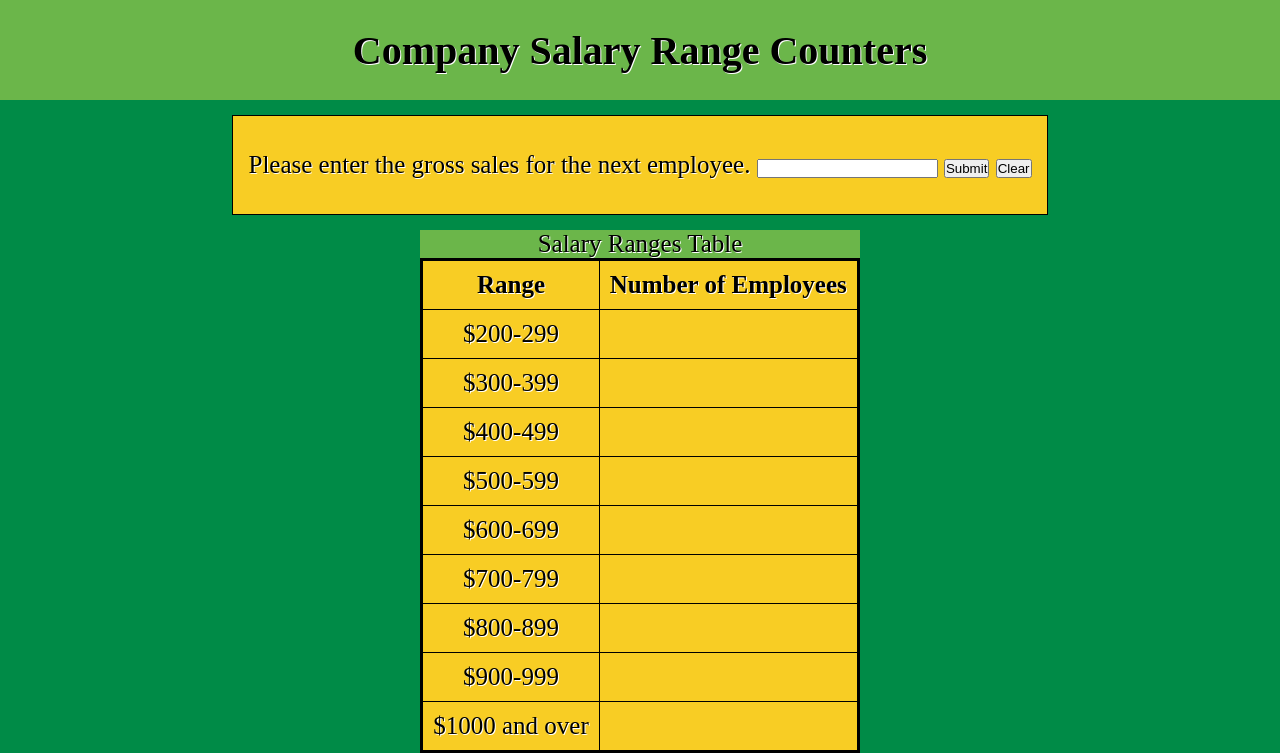
Repository: mlmEFSC21/P17-Sales-Commision
Page: sales.html
These files come from the project's save history. The page is drawn as it stood at one moment and after the next save; the edit follows.
The browser window is 1280 px wide. The pictures show the whole page.

Above is the page before, as saved 2022-04-02 08:40:28.

### sales.html
<!DOCTYPE html>
<html lang="en">
    <head>
        <meta charset="UTF-8" />
        <meta http-equiv="X-UA-Compatible" content="IE=edge" />
        <meta name="viewport" content="width=device-width, initial-scale=1.0" />
        <link rel="stylesheet" href="sales.css" />
        <script defer src="sales.js"></script>
        <title>Company Salary Range Counters</title>
    </head>
    <body>
        <header class="mainHeader">
            <h1>Company Salary Range Counters</h1>
        </header>
        <section class="mainContent">
            <div class="formContainer" id="formContainer">
                <form class="salaryForm" id="salaryForm">
                    <label for="grossSales"
                        >Please enter the gross sales for the next employee.</label
                    >
                    <input type="text" name="grossSales" class="salesInp" id="salesInp" required />
                    <button type="submit" class="submit-btn" id="submit-btn">Submit</button>
                    <button type="reset" class="clear-btn" id="clear-btn">Clear</button>
                </form>
            </div>
            <div class="tableContainer" id="tableContainer">
                <table>
                    <caption>
                        Salary Ranges Table
                    </caption>
                    <thead>
                        <tr>
                            <th>Range</th>
                            <th>Number of Employees</th>
                        </tr>
                    </thead>
                    <tbody>
                        <tr>
                            <td>$200-299</td>
                            <td class="ranges" id="ranges"></td>
                        </tr>
                        <tr>
                            <td>$300-399</td>
                            <td class="ranges" id="ranges"></td>
                        </tr>
                        <tr>
                            <td>$400-499</td>
                            <td class="ranges" id="ranges"></td>
                        </tr>
                        <tr>
                            <td>$500-599</td>
                            <td class="ranges" id="ranges"></td>
                        </tr>
                        <tr>
                            <td>$600-699</td>
                            <td class="ranges" id="ranges"></td>
                        </tr>
                        <tr>
                            <td>$700-799</td>
                            <td class="ranges" id="ranges"></td>
                        </tr>
                        <tr>
                            <td>$800-899</td>
                            <td class="ranges" id="ranges"></td>
                        </tr>
                        <tr>
                            <td>$900-999</td>
                            <td class="ranges" id="ranges"></td>
                        </tr>
                        <tr>
                            <td>$1000 and over</td>
                            <td class="ranges" id="ranges"></td>
                        </tr>
                    </tbody>
                    <tfoot></tfoot>
                </table>
            </div>
        </section>
    </body>
</html>

### sales.css
:root {
    --clr-background: #008b47;
    --clr-primary: #f8cd24;
    --clr-secondary: #6bb64a;
}
*,
*::after,
*::before {
    box-sizing: border-box;
    margin: 0;
    padding: 0;
}
body {
    background-color: var(--clr-background);
    font-size: 20px;
    text-shadow: 1px 1px #fff;
}
.mainHeader {
    display: flex;
    align-items: center;
    justify-content: center;
    height: 100px;
    background-color: var(--clr-secondary);
}

.mainContent {
    display: flex;
    flex-direction: column;
}
.formContainer {
    display: flex;
    height: 100px;
    font-size: 1.25em;
    align-self: center;
    justify-self: center;
    align-items: center;
    justify-content: center;
    border: 1px ridge black;
    margin: 15px;
    padding: 15px;
    background-color: var(--clr-primary);
}
.tableContainer {
    justify-self: center;
    align-self: center;
}
table {
    border-collapse: collapse;
    border: 3px solid black;
    font-size: 1.25em;
    background-color: var(--clr-primary);
}
th,
tr,
td {
    border: 1px solid black;
    margin: 10px;
    padding: 10px;
    text-align: center;
}
caption {
    background-color: var(--clr-secondary);
}

### sales.js
//  base salary = $200 + commission
// commission = gross sales * 9%
// range floor / 100 - 2 = index 0 - 8
// test: x1 = Math.floor(218 / 100) - 2;
// works for all ranges below the last. Just check for >1000 first.
const baseSalary = 200;
let commissionAmount = 0;
let totalSalary = 0;
let employeeNum = 0;
let salaryRanges = [0, 0, 0, 0, 0, 0, 0, 0, 0];
let weeklyGrossSales = [];

const form = document.querySelector("#salaryForm");
const salesInput = document.getElementById("salesInp");
const td = document.querySelectorAll("td#ranges");
form.addEventListener("submit", getWeeklySal);
const resetBtn = document.querySelector("#clear-btn");
resetBtn.addEventListener("click", clearAllSalaries);

function getWeeklySal(e) {
    e.preventDefault();
    employeeNum++;
    weeklyGrossSales = parseInt(salesInput.value);
    calcCommission();
    calcTotalWeeklySalary();
    calcSalaryRange(totalSalary);
    fillRangeCol();
    salesInput.value = "";
}
function calcCommission() {
    commissionAmount = weeklyGrossSales * 0.09;
}
function calcTotalWeeklySalary() {
    totalSalary = baseSalary + commissionAmount;
    console.log(totalSalary);
    console.log(salaryRanges);
}
function calcSalaryRange(totalSalary) {
    if (totalSalary >= 1000) {
        salaryRanges[8] += 1;
    } else if (totalSalary < 1000) {
        let i = Math.floor(totalSalary / 100) - 2;
        salaryRanges[i] = salaryRanges[i] + 1;
    }
}
//append the table
function fillRangeCol() {
    for (let i = 0; i < salaryRanges.length; i++) {
        td[i].innerText = salaryRanges[i];
    }
}
//reset button
function clearAllSalaries() {
    salesInput.value = "";
    salaryRanges = [0, 0, 0, 0, 0, 0, 0, 0, 0];
    weeklyGrossSales = [];
    for (let i = 0; i < salaryRanges.length; i++) {
        td[i].innerText = 0;
    }
}

console.log(salaryRanges);
console.log(weeklyGrossSales);

After the next save:
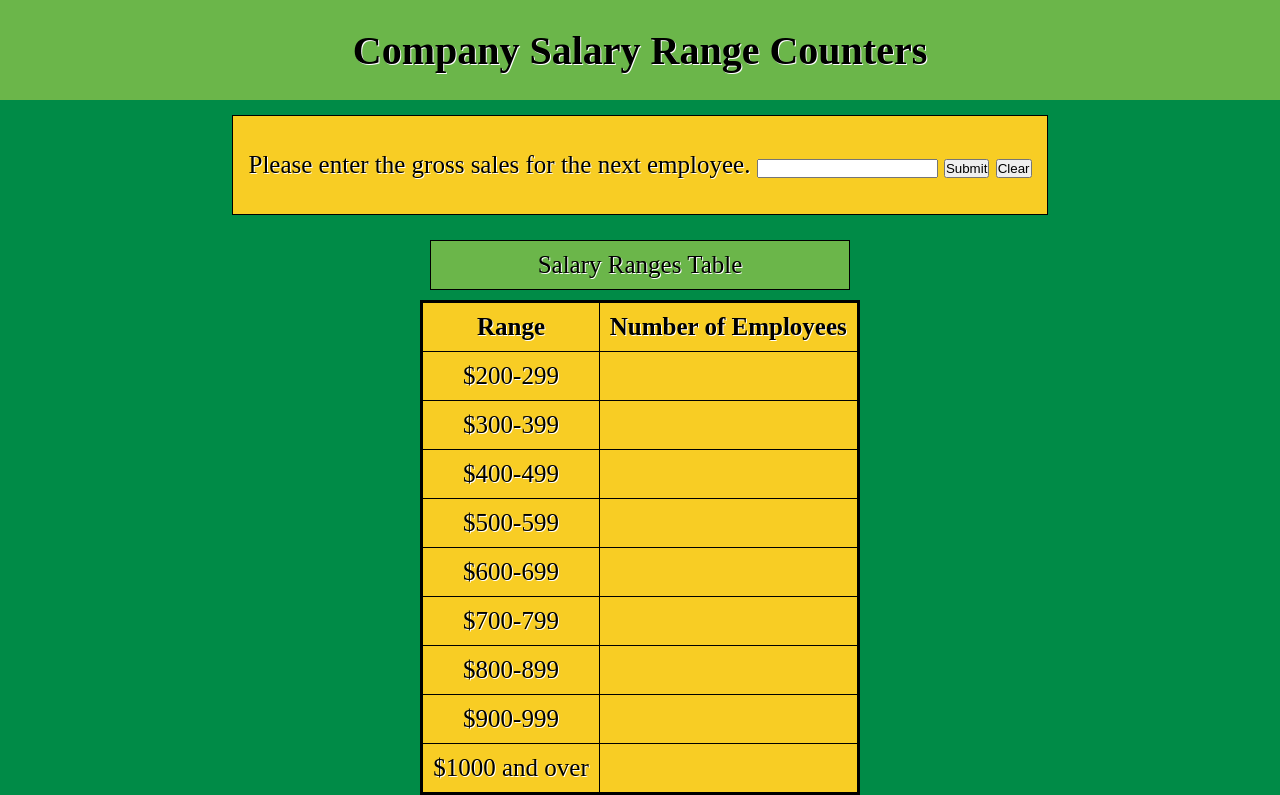
Saved 15 s later.
--- a/sales.css
+++ b/sales.css
@@ -52,7 +52,8 @@
 }
 th,
 tr,
-td {
+td,
+caption {
     border: 1px solid black;
     margin: 10px;
     padding: 10px;

After the save that followed:
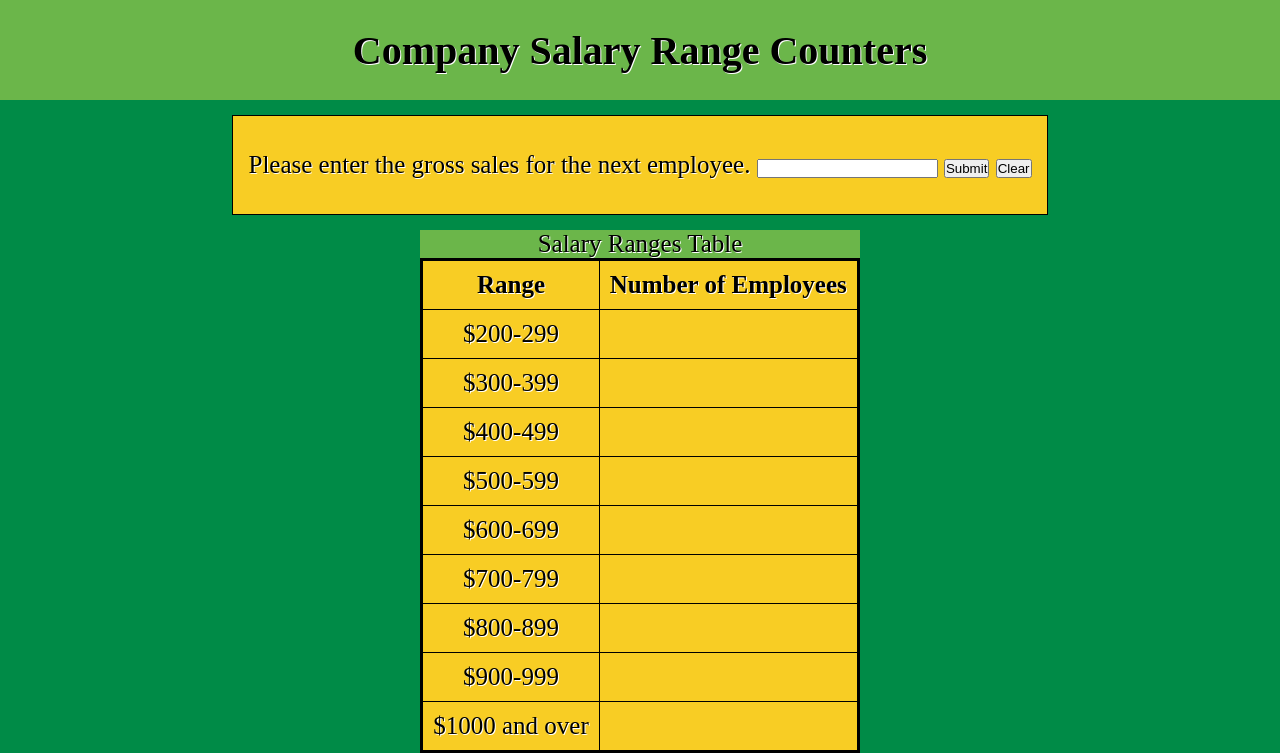
Saved 18 s later.
--- a/sales.css
+++ b/sales.css
@@ -52,8 +52,7 @@
 }
 th,
 tr,
-td,
-caption {
+td {
     border: 1px solid black;
     margin: 10px;
     padding: 10px;
